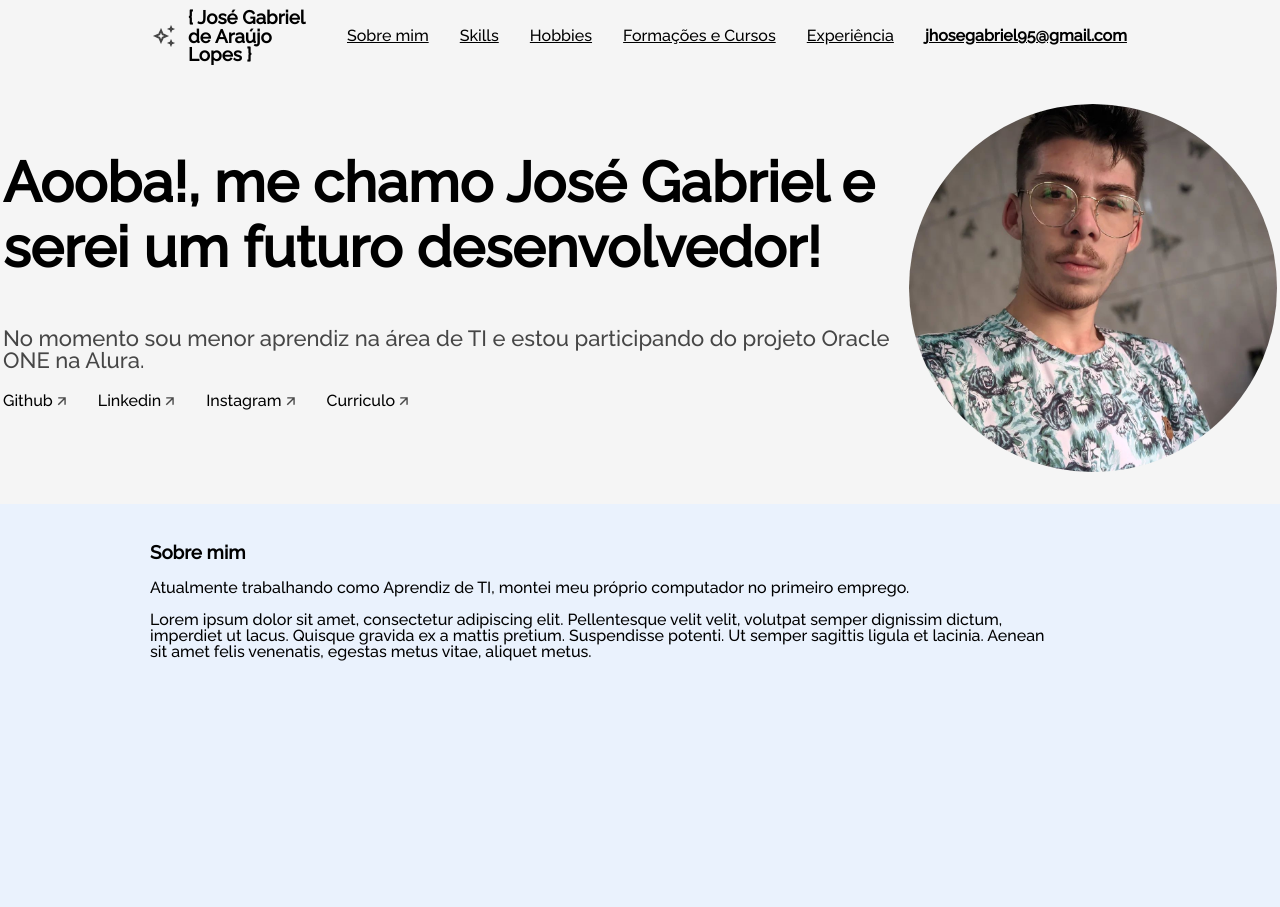
Repository: GabbLps/Portfolio
Page: index.html
These files come from the project's save history. The page is drawn as it stood at one moment and after the next save; the edit follows.
The browser window is 1280 px wide. The pictures show the whole page.

Above is the page before, as saved 2022-06-23 01:36:25.

After the next save:
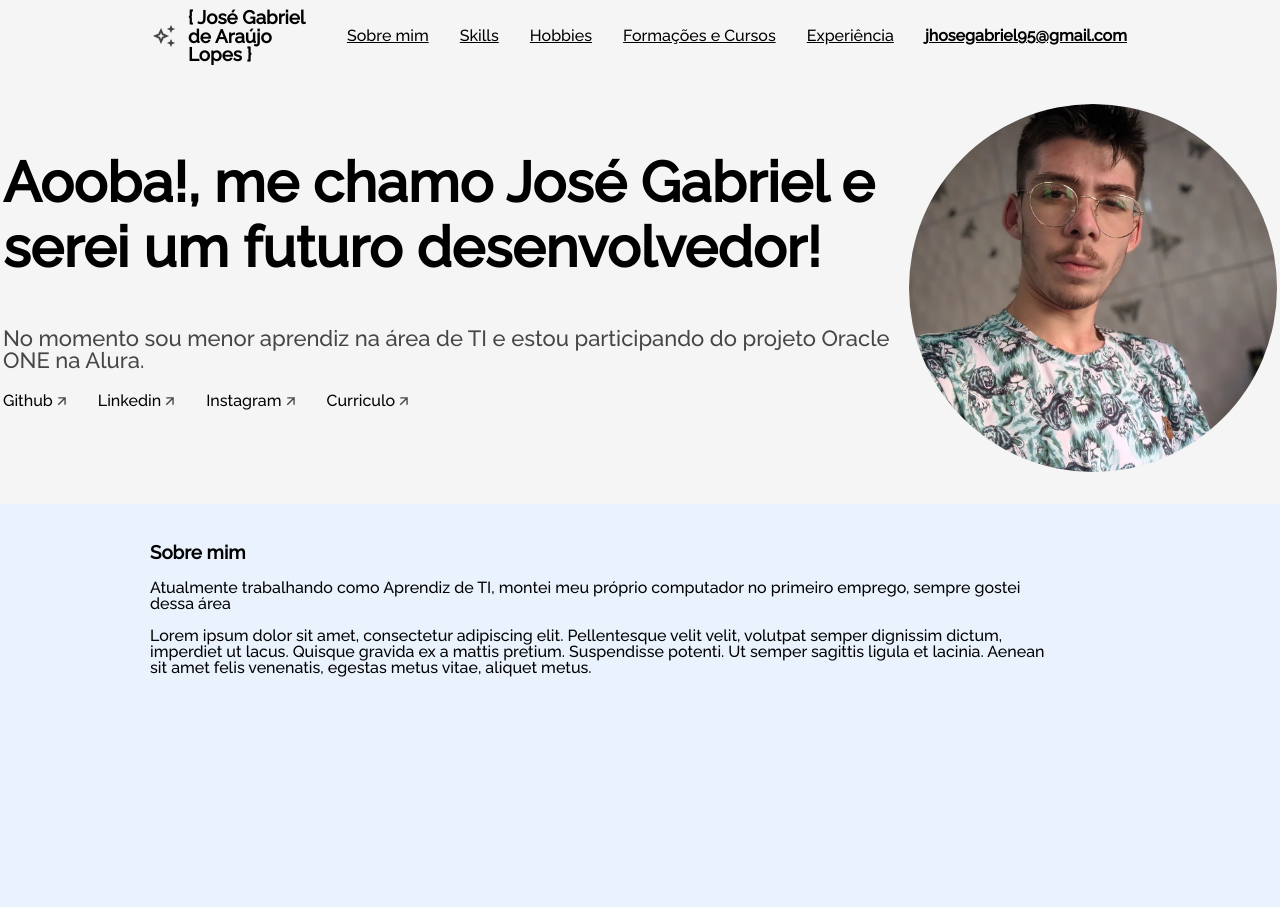
Saved 15 s later.
--- a/index.html
+++ b/index.html
@@ -58,7 +58,7 @@
         <section class="about">
             <div class="about__container">
                 <h3 class="about__title">Sobre mim</h3>
-                <p class="about__paragraph">Atualmente trabalhando como Aprendiz de TI, montei meu próprio computador no primeiro emprego.   </p>
+                <p class="about__paragraph">Atualmente trabalhando como Aprendiz de TI, montei meu próprio computador no primeiro emprego, sempre gostei dessa área </p>
                 <p class="about__paragraph">Lorem ipsum dolor sit amet, consectetur adipiscing elit. Pellentesque velit velit, volutpat semper dignissim dictum, imperdiet ut lacus. Quisque gravida ex a mattis pretium. Suspendisse potenti. Ut semper sagittis ligula et lacinia. Aenean sit amet felis venenatis, egestas metus vitae, aliquet metus.</p>
             </div>
         </section>
